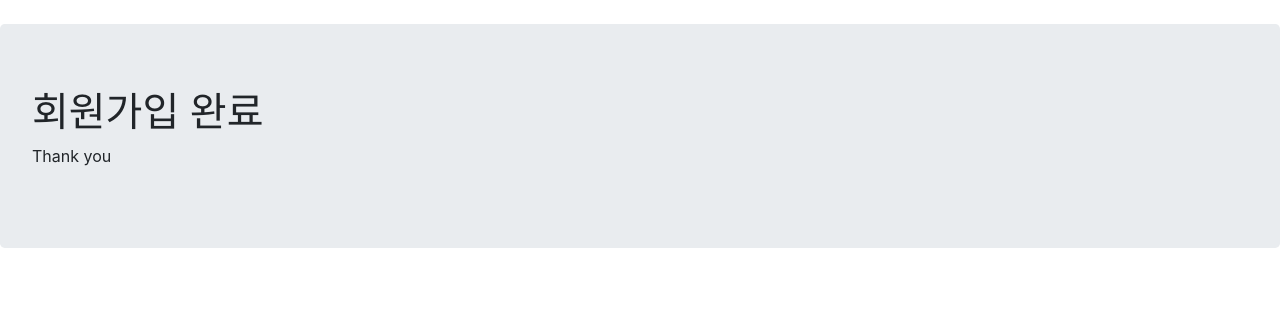
Repository: onlykjy03/JSP
Page: http://localhost/spro_mysql/signproc.jsp
An editor plug-in stored every save of this project. The page is shown before and after the next save, followed by the edit.
The browser window is 1280 px wide. The pictures show the whole page.
The page is served by Tomcat 9. Other server files are loaded and not shown.

Above is the page before, as saved 2021-04-27 01:59:21.

### eclipse-workspace/spro_mysql/WebContent/signproc.jsp
<%@page import="spro.com.org.SPRO_DBManager"%>
<%@page import="java.sql.DriverManager"%>
<%@page import="java.sql.PreparedStatement"%>
<%@page import="java.sql.Connection"%>
<%@ page language="java" contentType="text/html; charset=UTF-8"
    pageEncoding="UTF-8"%>
<%
SPRO_DBManager sdbm = new SPRO_DBManager();
String suValue= "";
/* out.println(123);
out.println("<p>문단</p>");

for(int i =0; i<10; i++){
	out.println("i="+i);
} */

//id의 값을 가져옴
out.println("<br>");
String p_id = (String)request.getParameter("id");
//out.println("a="+a);
String p_pw = (String)request.getParameter("pw");
String p_name = (String)request.getParameter("name");
String p_phone = (String)request.getParameter("phone");
sdbm.signInsert(p_id,p_pw,p_name,p_phone);

Connection conn=null;
PreparedStatement pstmt=null;

try{
	Class.forName("com.mysql.cj.jdbc.Driver");

	conn=DriverManager.getConnection(
			"jdbc:mysql://localhost:3306/spro","root","1234");
	pstmt = conn.prepareStatement("INSERT INTO "+
			"MEMBER VALUES "+
			"(SPROMEMBER.NEXTVAL ,?,?,?,?)");
	pstmt.setString(1,p_id);
	pstmt.setString(2,p_pw);
	pstmt.setString(3,p_name);
	pstmt.setString(4,p_phone);
	//crtl shift x 대문자 변환
	//crtl shift y 소문자 변환

	int ret = pstmt.executeUpdate();
	if(ret >0){
		System.out.println("insert 완료");
		suValue="<a class='btn btn-primary' href='index.jsp'>로그인페이지이동</a>";

	}

}
catch(Exception e){
	e.printStackTrace();
}
finally{
	try{
		if(pstmt !=null) pstmt.close();
		if(conn !=null) conn.close();
	}catch(Exception ex){

	}
}

%>
<!DOCTYPE html>
<html>
<head>
<meta charset="UTF-8">
<title>Insert title here</title>
<link rel="stylesheet" href="https://maxcdn.bootstrapcdn.com/bootstrap/4.5.2/css/bootstrap.min.css">
<script src="https://ajax.googleapis.com/ajax/libs/jquery/3.5.1/jquery.min.js"></script>
<script src="https://cdnjs.cloudflare.com/ajax/libs/popper.js/1.16.0/umd/popper.min.js"></script>
<script src="https://maxcdn.bootstrapcdn.com/bootstrap/4.5.2/js/bootstrap.min.js"></script>
</head>
<body>
<div class="jumbotron">

<h1>회원가입 완료</h1>
<p>Thank you</p>
<% out.print(suValue); %>
</div>
</body>
</html>

### eclipse-workspace/spro_mysql/src/spro/com/org/SPRO_DBManager.java
package spro.com.org;

import java.sql.Connection;
import java.sql.DriverManager;
import java.sql.PreparedStatement;
import java.sql.ResultSet;

public class SPRO_DBManager {

public SPRO_MEMBER ckLogin(String id, String pw) {

	SPRO_MEMBER member = null;
	Connection conn=null;
	PreparedStatement pstmt=null;
	ResultSet rs = null;

	try {

		Class.forName("com.mysql.cj.jdbc.Driver");
		conn = DriverManager.getConnection("jdbc:mysql://localhost:3306/spro","root","1234");
		pstmt=conn.prepareStatement("SELECT * FROM MEMBER WHERE ID=? AND PW=?");
		pstmt.setString(1, id);
		pstmt.setString(2, pw);
		rs=pstmt.executeQuery();
		if(rs.next()) {
			member = new SPRO_MEMBER();
			member.setId(id);
			member.setPw(pw);
			member.setName(rs.getString("name"));
			member.setPhone(rs.getString("phone"));

		}

	}catch(Exception e){
		e.printStackTrace();

	}
	finally {
		try {
			if(pstmt !=null) pstmt.close();
			if(conn !=null) conn.close();
			if(rs != null) rs.close();
		}catch(Exception ex) {

		}
	}
	return member;

}


public int signInsert(String id, String pw, String name, String phone) {
	Connection conn=null;
	PreparedStatement pstmt=null;
	try{
		Class.forName("com.mysql.cj.jdbc.Driver");

		conn=DriverManager.getConnection(
				"jdbc:mysql://localhost:3306/spro","root","1234");
		pstmt = conn.prepareStatement("INSERT INTO "+
				"MEMBER (id,pw,name,phone) VALUES "+
				"?,?,?,?)");
		pstmt.setString(1,id);
		pstmt.setString(2,pw);
		pstmt.setString(3,name);
		pstmt.setString(4,phone);
		//crtl shift x 대문자 변환
		//crtl shift y 소문자 변환

		int ret = pstmt.executeUpdate();
		if(ret >0){
			System.out.println("insert 완료");
			return ret;
		}
	}
	catch(Exception e){
		e.printStackTrace();
	}
	finally{
		try{
			if(pstmt !=null) pstmt.close();
			if(conn !=null) conn.close();
		}catch(Exception ex){

		}
	}

	return 0;


}

}

After the next save:
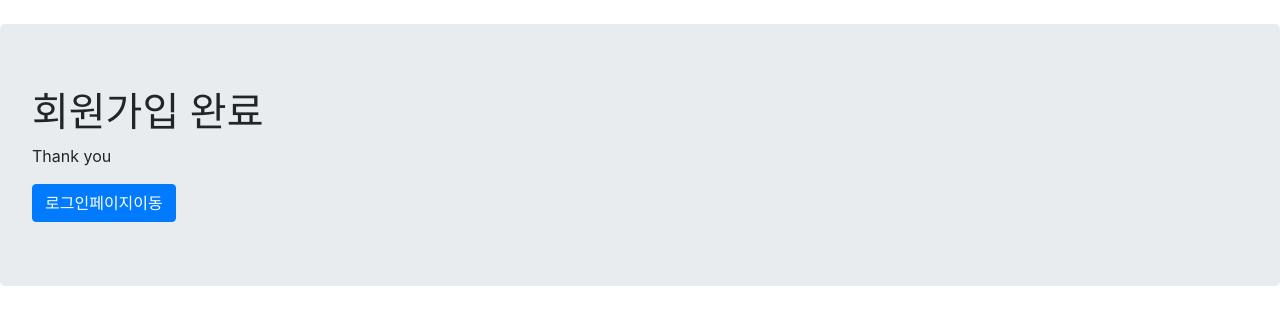
Saved 6 s later.
--- a/eclipse-workspace/spro_mysql/WebContent/signproc.jsp
+++ b/eclipse-workspace/spro_mysql/WebContent/signproc.jsp
@@ -21,45 +21,10 @@ String p_id = (String)request.getParameter("id");
 String p_pw = (String)request.getParameter("pw");
 String p_name = (String)request.getParameter("name");
 String p_phone = (String)request.getParameter("phone");
+
 sdbm.signInsert(p_id,p_pw,p_name,p_phone);
+suValue="<a class='btn btn-primary' href='index.jsp'>로그인페이지이동</a>";
 
-Connection conn=null;
-PreparedStatement pstmt=null;
-
-try{
-	Class.forName("com.mysql.cj.jdbc.Driver");
-
-	conn=DriverManager.getConnection(
-			"jdbc:mysql://localhost:3306/spro","root","1234");
-	pstmt = conn.prepareStatement("INSERT INTO "+
-			"MEMBER VALUES "+
-			"(SPROMEMBER.NEXTVAL ,?,?,?,?)");
-	pstmt.setString(1,p_id);
-	pstmt.setString(2,p_pw);
-	pstmt.setString(3,p_name);
-	pstmt.setString(4,p_phone);
-	//crtl shift x 대문자 변환
-	//crtl shift y 소문자 변환
-
-	int ret = pstmt.executeUpdate();
-	if(ret >0){
-		System.out.println("insert 완료");
-		suValue="<a class='btn btn-primary' href='index.jsp'>로그인페이지이동</a>";
-
-	}
-
-}
-catch(Exception e){
-	e.printStackTrace();
-}
-finally{
-	try{
-		if(pstmt !=null) pstmt.close();
-		if(conn !=null) conn.close();
-	}catch(Exception ex){
-
-	}
-}
 
 %>
 <!DOCTYPE html>
